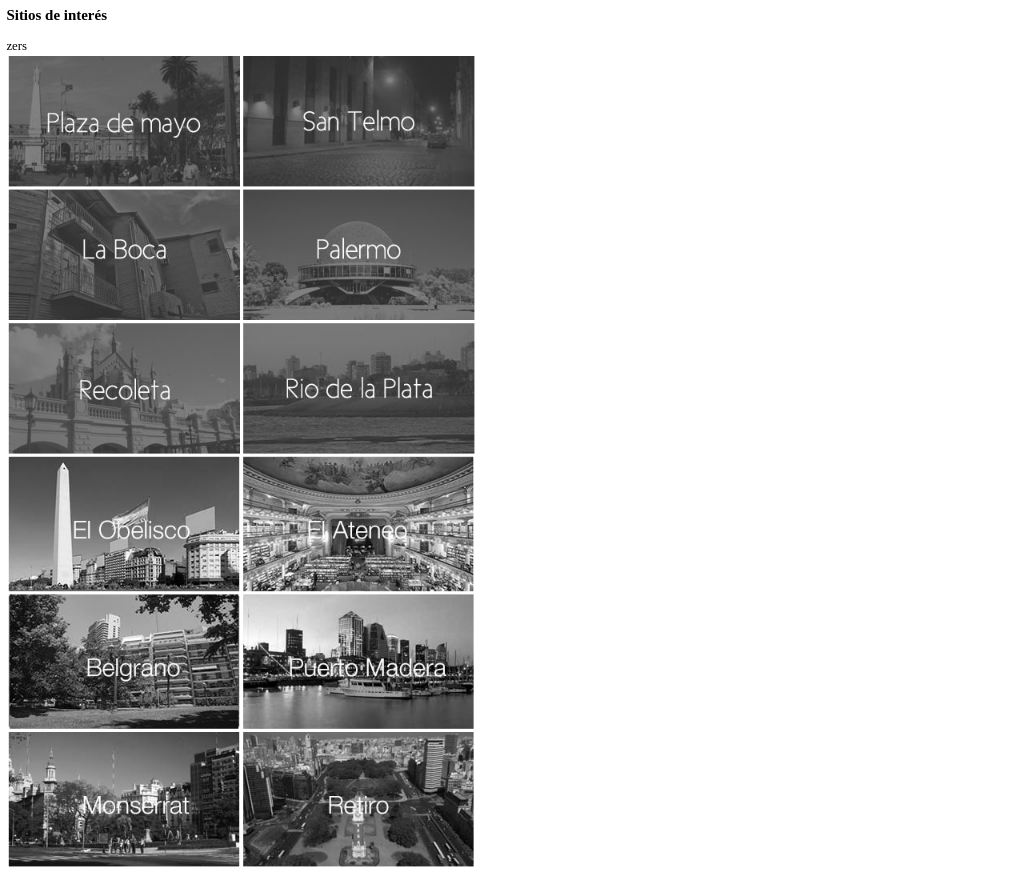
Repository: pacoigloo/Anexia
Page: sitios.html
The author's editor kept a record of every edit. The page is drawn from the files as they stood at one moment, then again after the next edit.
The browser window is 1280 px wide. The pictures show the whole page, at 80% of full size.

Above is the page before.

After the next edit:
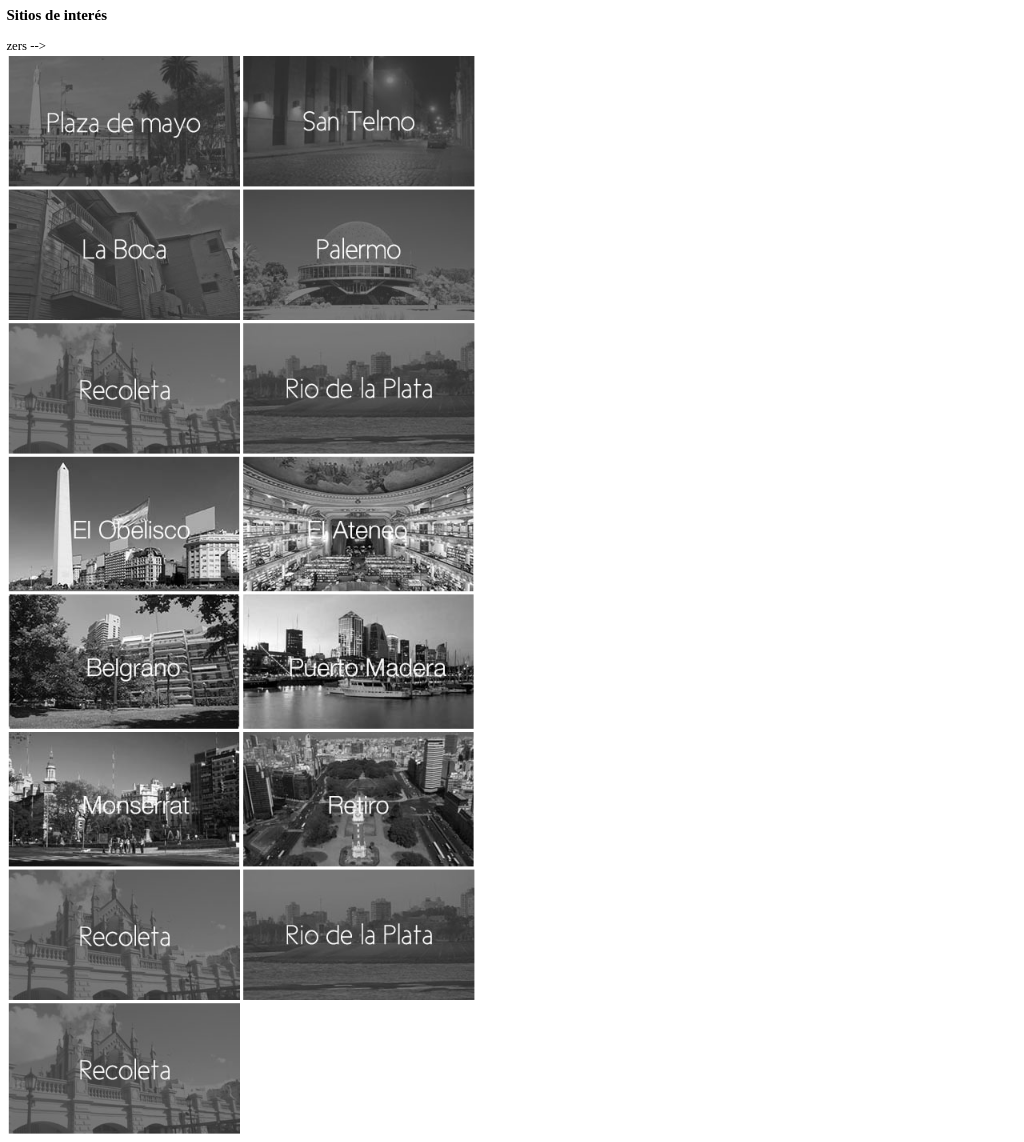
The edit:
--- a/sitios.html
+++ b/sitios.html
@@ -38,7 +38,7 @@
                     <td ><img class="tdDer" onclick="initialize('retiro')" src="img/retiro.jpg"></img></td>
                 </tr>
 
-                <!--<tr>
+                <tr>
                     <td ><img class="tdIzq" onclick="initialize('')" src="img/recoleta.jpg"></img></td>
                     <td ><img class="tdDer" onclick="initialize('')" src="img/rio-plata.jpg"></img></td>
                 </tr>
